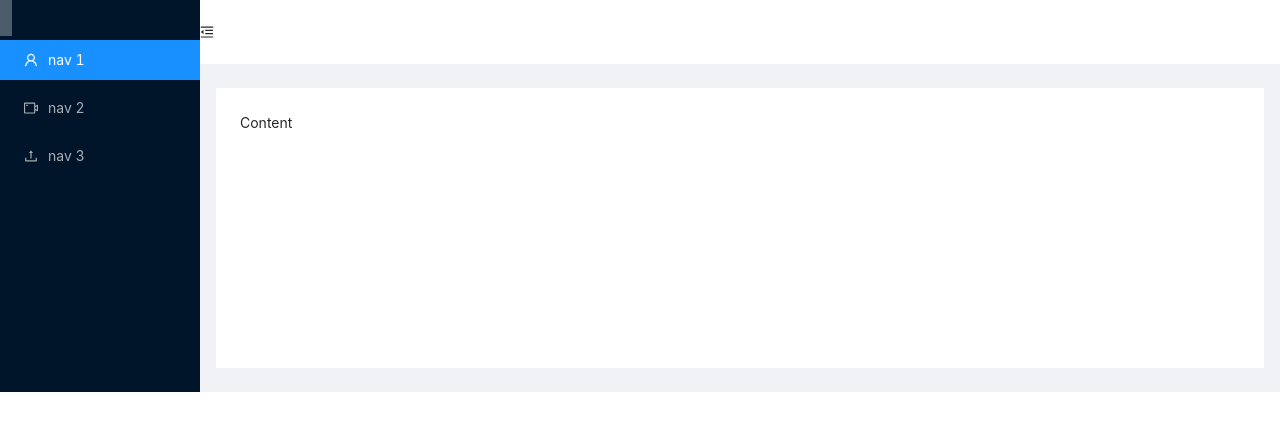
Repository: tiendungjr123/ant-design
Page: /
An editor plug-in stored every save of this project. The page is shown before and after the next save, followed by the edit.
The browser window is 1280 px wide. The pictures show the whole page.
The project was rebuilt for these pictures with package versions that can differ from the ones it lists, and the page was loaded fresh each time.

Above is the page before, as saved 2022-09-28 21:47:45.

### src/index.js
import React from 'react';
import ReactDOM from 'react-dom/client';
import App from './App';
import "antd/dist/antd.css";
const root = ReactDOM.createRoot(document.getElementById('root'));
root.render(
  <React.StrictMode>
    <App />
  </React.StrictMode>
);

// If you want to start measuring performance in your app, pass a function
// to log results (for example: reportWebVitals(console.log))
// or send to an analytics endpoint. Learn more: https://bit.ly/CRA-vitals

### src/App.js
import {
  MenuFoldOutlined,
  MenuUnfoldOutlined,
  UploadOutlined,
  UserOutlined,
  VideoCameraOutlined,
} from '@ant-design/icons';
import { Layout, Menu } from 'antd';
import React, { useState } from 'react';
import './App.css'
const { Header, Sider, Content } = Layout;

const App = () => {
  const [collapsed, setCollapsed] = useState(false);
  return (
    <Layout style={{maxHeight:'100vh'}}>
      <Sider trigger={null} collapsible collapsed={collapsed}>
        <div className="logo" style={{height:'36px',width:'12px',background: 'rgba(255, 255, 255, 0.3)'}} />
        <Menu
          theme="dark"
          mode="inline"
          defaultSelectedKeys={['1']}
          items={[
            {
              key: '1',
              icon: <UserOutlined />,
              label: 'nav 1',
            },
            {
              key: '2',
              icon: <VideoCameraOutlined />,
              label: 'nav 2',
            },
            {
              key: '3',
              icon: <UploadOutlined />,
              label: 'nav 3',
            },
          ]}
        />
      </Sider>
      <Layout className="site-layout">
        <Header
          className="site-layout-background"
          style={{
            padding: 0,
          }}
        >
          {React.createElement(collapsed ? MenuUnfoldOutlined : MenuFoldOutlined, {
            className: 'trigger',
            onClick: () => setCollapsed(!collapsed),
          })}
        </Header>
        <Content
          className="site-layout-background"
          style={{
            margin: '24px 16px',
            padding: 24,
            minHeight: 280,
          }}
        >
          Content
        </Content>
      </Layout>
    </Layout>
  );
};
export default App;

### src/App.css

#components-layout-demo-custom-trigger .trigger {
  padding: 0 24px;
  font-size: 18px;
  line-height: 64px;
  cursor: pointer;
  transition: color 0.3s;
}

#components-layout-demo-custom-trigger .trigger:hover {
  color: #1890ff;
}

#components-layout-demo-custom-trigger .logo {
  height: 32px;
  margin: 16px;
  background: rgba(255, 255, 255, 0.3);
}

.site-layout .site-layout-background {
  background: #fff;
}

Loaded but not shown: public/index.html (common file)

After the next save:
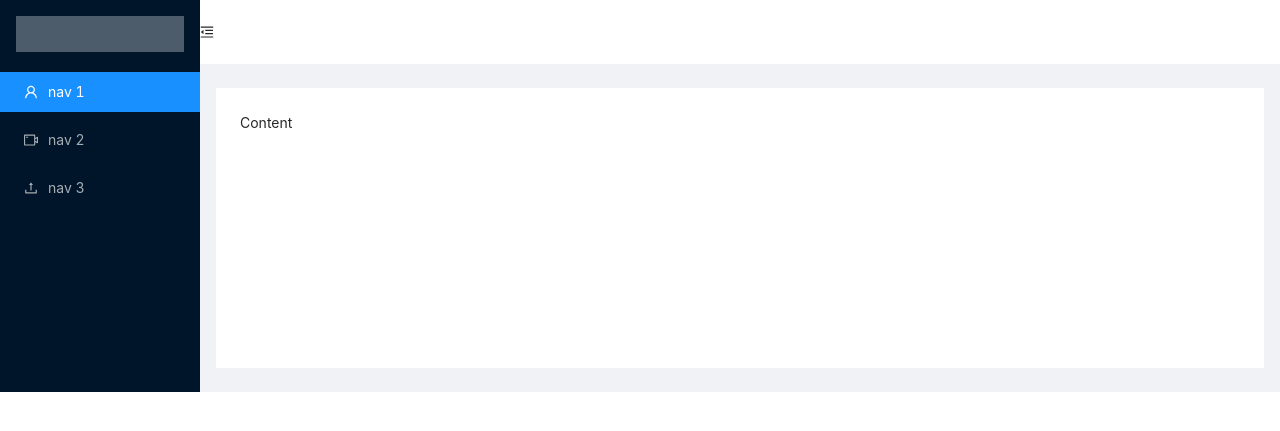
Saved 83 s later.
--- a/src/App.js
+++ b/src/App.js
@@ -15,7 +15,7 @@ const App = () => {
   return (
     <Layout style={{maxHeight:'100vh'}}>
       <Sider trigger={null} collapsible collapsed={collapsed}>
-        <div className="logo" style={{height:'36px',width:'12px',background: 'rgba(255, 255, 255, 0.3)'}} />
+        <div className="logo" style={{height:'36px',margin:'16px',background: 'rgba(255, 255, 255, 0.3)'}} />
         <Menu
           theme="dark"
           mode="inline"
